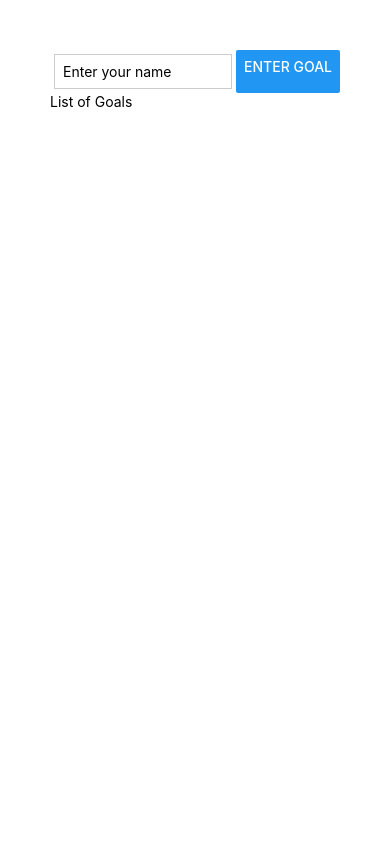
Repository: thezaidbintariq/RNCourse
Screen: /
The author's editor kept a copy of each file at every save. The screen is drawn from the files as they stood at one save, then again after a run of saves.
The app was drawn by React Native's web renderer in a window 390 px wide. The project was rebuilt for these pictures with package versions that can differ from the ones it lists, and the page was loaded fresh each time.

Above is the screen before, as saved 2022-08-09 14:31:02.

### App.js
import { Button, StyleSheet, Text, TextInput, View } from 'react-native';

export default function App() {
  return (
    <View style={styles.appContainer}>
      <View style={styles.inputContainer}>
        <TextInput style={styles.input} placeholder="Enter your name" />
        <Button title="Enter Goal" />
      </View>
      <View>
        <Text>List of Goals</Text>
      </View>
    </View>
  );
}

const styles = StyleSheet.create({
  appContainer : {
   padding: 50
  },
  inputContainer: {
    flexDirection: 'row',
    justifyContent: 'space-between'
  },
  input: {
    width: '70%',
    borderColor: '#cccccc',
    borderWidth: 1,
    padding: 8,
    margin: 4
  }
}
);

After the next 4 saves:
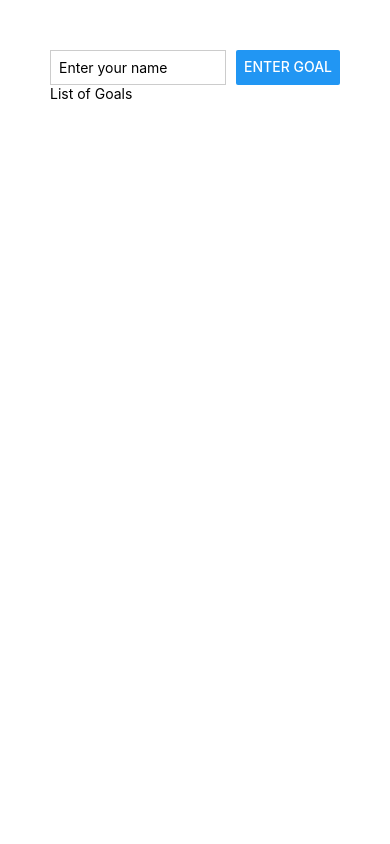
The 4 saves are shown as one change because they came seconds apart.
The last was saved 13 s later.
--- a/App.js
+++ b/App.js
@@ -27,7 +27,7 @@ const styles = StyleSheet.create({
     borderColor: '#cccccc',
     borderWidth: 1,
     padding: 8,
-    margin: 4
+    marginRight: 10
   }
 }
 );
